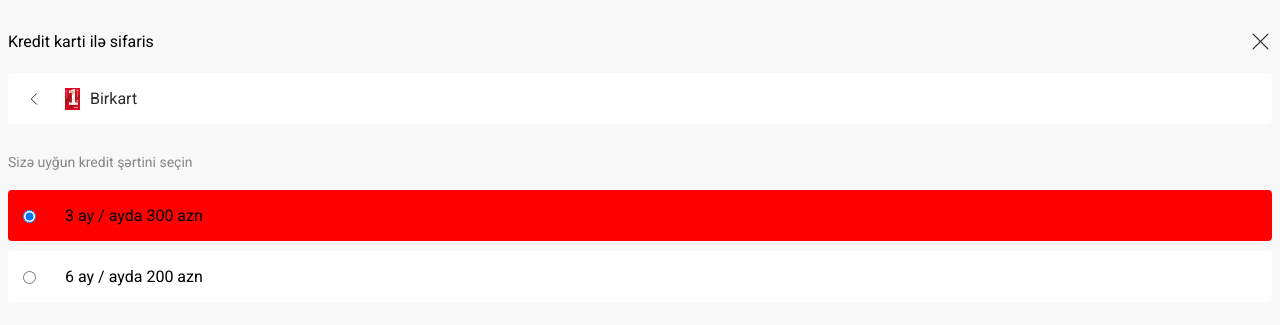
Repository: lmira7777/Carts
Page: Caravan/index.html
These files come from the project's save history. The page is drawn as it stood at one moment and after the next save; the edit follows.
The browser window is 1280 px wide. The pictures show the whole page.
The first `.month-list-item input` is checked.

Above is the page before, as saved 2024-04-25 21:51:05.

### Caravan/index.html
<!DOCTYPE html>
<html lang="en">
  <head>
    <meta charset="UTF-8" />
    <meta name="viewport" content="width=device-width, initial-scale=1.0" />
    <title>Document</title>
    <link rel="stylesheet" href="./style.css" />
  </head>
  <body>
    <div class="carts-body">
      <div class="title">Kredit karti ilə sifaris</div>
      <div class="description">Sizə uyğun kredit formasını seçin</div>
      <div class="carts"></div>
    </div>

    <div class="cart-detail">
      <div class="header">
        <span>Kredit karti ilə sifaris</span>
        <img src="./img/close.svg" />
      </div>

      <div class="cart-info">
        <img src="./img/back.svg" />
        <img src="./img/birkart.png" />
        <span>Birkart</span>
      </div>

      <div class="description">Sizə uyğun kredit şərtini seçin</div>

      <div class="month-list">
        <div class="month-list-item">
          <input type="radio" id="3month" />
          <label for="3month">3 ay / ayda 300 azn</label>
        </div>

        <div class="month-list-item">
          <input type="radio" id="6month" />
          <label for="6month">6 ay / ayda 200 azn</label>
        </div>
      </div>
    </div>

    <script src="./app.js"></script>
  </body>
</html>

### Caravan/style.css
@import url("https://fonts.googleapis.com/css2?family=Roboto:ital,wght@0,100;0,300;0,400;0,500;0,700;0,900;1,100;1,300;1,400;1,500;1,700;1,900&display=swap");
* {
  margin: 0;
  padding: 0;
  box-sizing: border-box;
  font-family: "Roboto", sans-serif;
}

body {
  background: #f8f8f8;
}
.carts-body {
  width: 100%;
  height: 100vh;
  display: flex;
  flex-direction: column;
  gap: 30px;
  padding: 30px 8px;
}
.title {
  color: #2d2d2d;
  font-size: 20px;
  font-weight: 500;
}
.description {
  color: #868686;
  font-size: 14px;
}
.carts {
  width: 100%;
  display: flex;
  flex-direction: column;
  gap: 10px;
  height: 600px;
  overflow-y: scroll;
}
.cart-item {
  width: 100%;

  flex-shrink: 0;

  height: 58px !important;
  display: flex;
  align-items: center;
  justify-content: space-between;
  background-color: #fff;
  border-radius: 4px;
  padding: 0 12px 0 20px;
}

.cart-item-left {
  display: flex;
  align-items: center;
  gap: 26px;
}

.cart-item-left > span {
  color: #2d2d2d;
  font-size: 16px;
}
.cart-detail {
  padding: 30px 8px;
  width: 100%;
  display: flex;
  flex-direction: column;
  gap: 20px;
  position: absolute;
  top: 0;
  left: 0;
  height: 100vh;
  background: #f8f8f8;
  /* display: none; */
  animation: slideIn 0.5s forwards;
}
.header {
  width: 100%;
  display: flex;
  align-items: center;
  justify-content: space-between;
}

.cart-info {
  width: 100%;
  height: 51px;
  border-radius: 4px;
  background: #fff;
  padding: 0 15px;
  display: flex;
  align-items: center;
  gap: 10px;
}
.cart-info > img:first-of-type {
  margin-right: 10px;
}

.cart-info > span {
  color: #2d2d2d;
  font-size: 16px;
}

.cart-detail > .description {
  margin-top: 10px;
}

.month-list{
    width: 100%;
    display: flex;
    flex-direction: column;
    gap: 10px;
}
.month-list label{
    width: 100%;
    height: 51px;
    border-radius: 4px;
    background: #FFF;
    display: flex;
    align-items: center;
    padding-left: 57px;

}
.month-list-item{
    width: 100%;
    height: 51px;
    position: relative;

}

.month-list-item input{
    position: absolute;
    top: 40%;
    left: 15px;

}

.month-list-item input:checked + label{
    background: red;
}



@keyframes slideIn {
  0% {
    transform: translateX(-100%);
  }
  100% {
    transform: translateX(0);
  }
}

### Caravan/img/close.svg
<svg xmlns="http://www.w3.org/2000/svg" width="23" height="23" viewBox="0 0 23 23" fill="none">
<path d="M18.8931 4.10547L4.10742 18.8912" stroke="#2D2D2D" stroke-width="1.3" stroke-linecap="round" stroke-linejoin="round"/>
<path d="M4.10686 4.10547L18.8926 18.8912" stroke="#2D2D2D" stroke-width="1.3" stroke-linecap="round" stroke-linejoin="round"/>
</svg>

### Caravan/img/back.svg
<svg xmlns="http://www.w3.org/2000/svg" width="22" height="22" viewBox="0 0 22 22" fill="none">
<path d="M13.75 16.5L8.25 11L13.75 5.5" stroke="#2D2D2D"/>
</svg>

### Caravan/app.js
var carts = document.querySelector(".carts");

var cart = [
  {
    cartImg: "./img/birkart.png",
    cartName: "BirKart",
  },
  {
    cartImg: "./img/albali.png",
    cartName: "Albali",
  },
  {
    cartImg: "",
    cartName: "Bol kart",
  },
];

let noImgUrl = "./img/noImg.png";

cart.forEach((cartElement) => {
  carts.innerHTML += `
    <div class="cart-item">
      <div class="cart-item-left">
        <img src="${cartElement.cartImg ? cartElement.cartImg : noImgUrl}" />
        <span>${cartElement.cartName}</span>
      </div>
      <div class="cart-item-right">
        <img src="./img/arrow.svg"/>
      </div>
    </div>
    `;




});

### Caravan/img/arrow.svg
<svg xmlns="http://www.w3.org/2000/svg" width="22" height="22" viewBox="0 0 22 22" fill="none">
<path d="M8.25 5.5L13.75 11L8.25 16.5" stroke="#2D2D2D"/>
</svg>

After the next save:
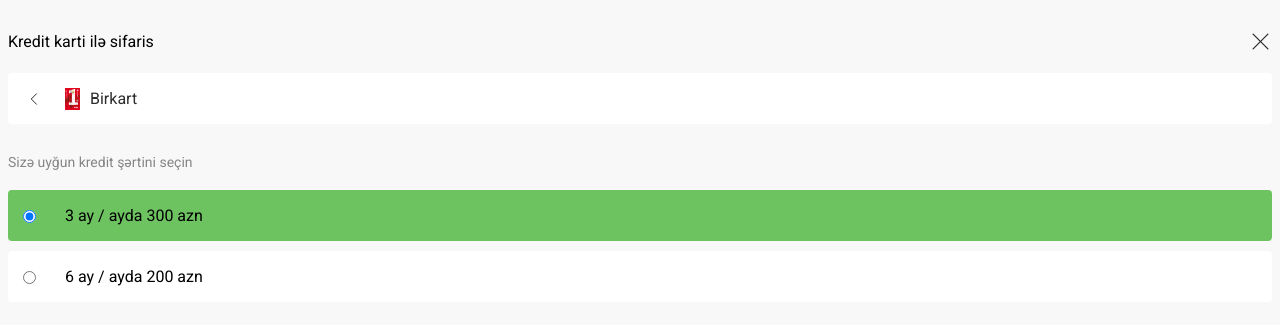
Saved 11 s later.
--- a/Caravan/style.css
+++ b/Caravan/style.css
@@ -133,7 +133,7 @@
 }
 
 .month-list-item input:checked + label{
-    background: red;
+    background: #6DC360;
 }
 
 
